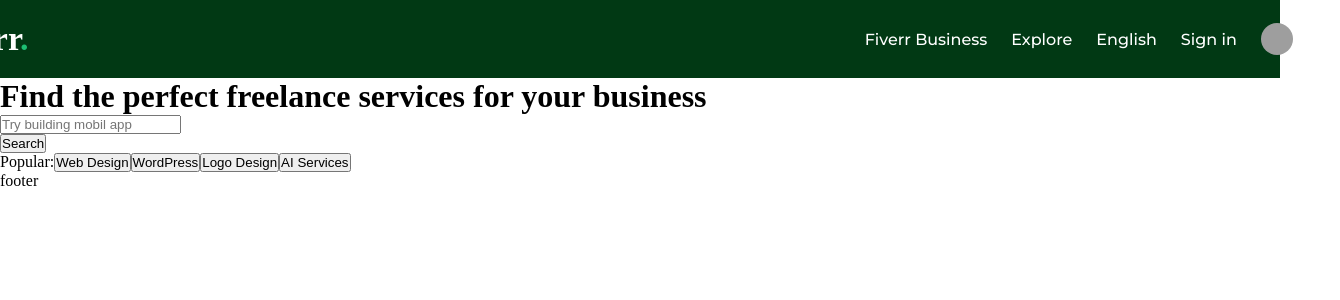
Repository: MoNasr2022/fiverr_clone_app
Page: /
An editor plug-in stored every save of this project. The page is shown before and after a run of saves, followed by the edit.
The browser window is 1280 px wide. The page is 1340 px wide, so the pictures cover 1340 px, including what lies to the right of the window. The pictures show the whole page.
Pictures or frames that could not be fetched are drawn as grey boxes. The project was rebuilt for these pictures with package versions that can differ from the ones it lists, and the page was loaded fresh each time. Also part of the build but not shown: vite.config.js, src/components/featured/Featured.scss, src/pages/gigs/Gigs.jsx, src/pages/gig/Gig.jsx, src/pages/orders/Orders.jsx, src/pages/myGigs/MyGigs.jsx, src/pages/add/Add.jsx, src/pages/messages/Messages.jsx and 1 more.

Above is the page before, as saved 2023-03-06 23:05:54.

### index.html
<!DOCTYPE html>
<html lang="en">
  <head>
    <meta charset="UTF-8" />
    <link rel="icon" type="image/svg+xml" href="/vite.svg" />
    <meta name="viewport" content="width=device-width, initial-scale=1.0" />
    <link rel="preconnect" href="https://fonts.googleapis.com">
    <link rel="preconnect" href="https://fonts.gstatic.com" crossorigin>
    <link
      href="https://fonts.googleapis.com/css2?family=Roboto:ital,wght@0,100;0,300;0,400;0,500;0,700;0,900;1,100;1,300;1,400;1,500;1,700;1,900&display=swap"
      rel="stylesheet">

    <link
      href="https://fonts.googleapis.com/css2?family=Montserrat:ital,wght@0,100;0,200;0,300;0,400;0,500;0,600;0,700;0,800;1,100;1,200;1,300;1,400;1,500;1,600;1,700;1,800;1,900&display=swap"
      rel="stylesheet">
      <style>
        * {
          margin: 0;
          padding: 0;
          box-sizing: border-box;

        }

      </style>
    <title>Vite + React</title>
  </head>
  <body>
    <div id="root"></div>
    <script type="module" src="/src/main.jsx"></script>
  </body>
</html>

### src/App.jsx
import React from "react";
import Navbar from "./components/navbar/NavBar";
import Footer from "./components/footer/Footer";
import Home from "./pages/home/Home";
import Gigs from "./pages/gigs/Gigs";
import Gig from "./pages/gig/Gig";
import Orders from "./pages/orders/Orders";
import MyGigs from "./pages/mygigs/MyGigs";
import Add from "./pages/add/Add";
import Messages from "./pages/messages/Messages";
import Message from "./pages/message/Message";
import { createBrowserRouter, RouterProvider, Outlet } from "react-router-dom";
import "./app.scss"



function App() {

  const Layout = () => {
    return (
      <>
        <Navbar />
        <Outlet />
        <Footer/>
      </>
    );
}

  const router = createBrowserRouter([
    {
      path: "/",
      element: <Layout />,
      children: [
        {
          path: "/",
          element: <Home/>,

        },
        {
          path: "/gigs",
          element: <Gigs/>,
        },
        {
          path: "/gig/:id",
          element: <Gig/>,
        },
        {
          path: "/orders",
          element: <Orders/>,
        },
        {
          path: "/mygigs",
          element: <MyGigs/>,
        },
        {
          path: "/add",
          element: <Add/>,
        },
        {
          path: "/messages",
          element: <Messages/>,
        },
        {
          path: "/message/:id",
          element: <Message/>,
        },

      ]
  },
]);

  return (
    <div className="App">
      <RouterProvider router={router} />
    </div>
  );
}

export default App;

### src/components/navbar/NavBar.jsx
import React, { useEffect, useState } from "react";
import { Link, useLocation } from "react-router-dom";
import "./Navbar.scss";

const Navbar = () => {
  const [active, setActive] = useState(false);
  const [option, setOption] = useState(false);

  const {pathname} = useLocation()

  const isActive = () => {
    window.scrollY > 0 ? setActive(true) : setActive(false);
  };
  useEffect(() => {
    window.addEventListener("scroll", isActive);
    return () => {
      window.removeEventListener("scroll", isActive);
    };
  }, []);

  const currentUser = {
    id: 1,
    username: "Nasr",
    isSeller: true,
  };

  return (
    <div className={active || pathname !== "/" ? "navbar active" : "navbar"}>
      <div className="container">
        <div className="logo">
          <Link to="/" className="link">
            <span className="text">fiverr</span>
          </Link>
          <span className="dot">.</span>
        </div>
        <div className="links">
          <span>Fiverr Business</span>
          <span>Explore</span>
          <span>English</span>
          <span>Sign in</span>
          {!currentUser?.isSeller && <span>Become a Seller</span>}
          {!currentUser && <button>Juin</button>}
          {currentUser && (
            <div className="user" onClick={() => setOption(!option)}>
              <img
                src="https://images.pexels.com/photos/13921662/pexels-photo-13921662.jpeg?auto=compress&cs=tinysrgb&w=1260&h=750&dpr=1"
                alt=""
              />
              <span>{currentUser?.username}</span>
              {option && (
                <div className="options">
                  {currentUser?.isSeller && (
                    <>
                      <Link className="link" to="/mygigs">
                        Gigs
                      </Link>
                      <Link className="link" to="/add">
                        Add New Gig
                      </Link>
                    </>
                  )}
                  <Link className="link" to="/orders">
                    Orders
                  </Link>
                  <Link className="link" to="/message">
                    Messages
                  </Link>
                  <Link className="link">Logout</Link>
                </div>
              )}
            </div>
          )}
        </div>
      </div>
      {active ||
        (pathname !== "/" && (
          <>
            <hr />
            <div className="menu">
              <Link className="link menuLink" to="/">
                Graphics & Design
              </Link>
              <Link className="link menuLink" to="/">
                Video & Animation
              </Link>
              <Link className="link menuLink" to="/">
                Writing & Translation
              </Link>
              <Link className="link menuLink" to="/">
                AI Services
              </Link>
              <Link className="link menuLink" to="/">
                Digital Marketing
              </Link>
              <Link className="link menuLink" to="/">
                Music & Audio
              </Link>
              <Link className="link menuLink" to="/">
                Programming & Tech
              </Link>
              <Link className="link menuLink" to="/">
                Business
              </Link>
              <Link className="link menuLink" to="/">
                Lifestyle
              </Link>
            </div>
          </>
        ))}
    </div>
  );
};

export default Navbar;

### src/components/footer/Footer.jsx
import React from 'react'
import "./Footer.scss"


const Footer = () => {
  return (
    <div>
      footer
    </div>
  )
}

export default Footer

### src/pages/home/Home.jsx
import React from "react";
import Featured from "../../components/featured/Featured";
import "./Home.scss";
const Home = () => {
  return <div>
    <Featured/>
  </div>;
};

export default Home;

### src/app.scss
*{
    .link {
        text-decoration: none;
        color: inherit
    }
}

### src/components/navbar/NavBar.scss
.navbar {
  display: flex;
  flex-direction: column;
  align-items: center;
  background-color: #013914;
  color: white;
  transition: 0.5s all ease;
  position: sticky;
  top: 0;
  z-index: 999;

  &.active {
    background-color: white;
    color: black;
  }

  .container {
    display: flex;
    justify-content: space-between;
    width: 1400px;
    padding: 20px 0px;

    .logo {
      font-size: 34px;
      font-weight: bold;
      .text {
      }
      .dot {
        color: #1dbf73;
      }
    }
    .links {
      display: flex;
      align-items: center;
      gap: 24px;
      font-weight: 500;
      font-family: "Montserrat", sans-serif;
      button {
        color: white;
        padding: 10px 20px;
        border-radius: 5px;
        border: 1px solid white;
        cursor: pointer;
        background-color: transparent;
        &:hover {
          background-color: #1dbf73;
          border-color: #1dbf73;
        }

      }
      .user {
        display: flex;
        align-items: center;
        gap: 10px;
        position: relative;
        cursor: pointer;
        img {
          width: 32px;
          height: 32px;
          border-radius: 50%;
          object-fit: cover;
        }
        .options {
          position: absolute;
          top: 50px;
          right: 0;
          padding: 20px;
          background-color: white;
          border-radius: 5px;
          box-shadow: 0px 0px 10px 0px rgba(0, 0, 0, 0.2);
          z-index: 999;
          display: flex;
          flex-direction: column;
          gap: 10px;
          color: gray;
          font-weight: 300;
          width: 200px;
        }

      }
    }
  }
  hr {
    width: 100%;
    height: 0;
    border: 0.5px solid rgb(187, 184, 184);
  }
  .menu {
    width: 1400px;
    padding: 10px 0px;
    display: flex;
    justify-content: space-between;
    font-weight: 300;
    color: gray;
    font-family: "Montserrat", sans-serif;


  }
}

### src/components/featured/Featured.jsx
import React from "react";
import "./Featured.scss";
const Featured = () => {
  return (
    <div className="featured">
      <div className="container">
        <div className="left">
          <h1>
            Find the perfect <span>freelance</span> services for your business
          </h1>
          <div className="search">
            <div className="searchInput">
              <img src="" alt="" />
              <input type="text" placeholder="Try building mobil app" />
            </div>
            <button>Search</button>
          </div>
          <div className="popular">
            <span>Popular:</span>
            <button>Web Design</button>
            <button>WordPress</button>
            <button>Logo Design</button>
            <button>AI Services</button>
          </div>
        </div>
        <div className="right"></div>
      </div>
    </div>
  );
};

export default Featured;

Loaded but not shown: src/main.jsx (common file); src/components/footer/Footer.scss (no stored copy; drawn as an empty file); src/pages/add/Add.scss (no stored copy; drawn as an empty file); src/pages/gig/Gig.scss (no stored copy; drawn as an empty file); src/pages/gigs/Gigs.scss (no stored copy; drawn as an empty file); src/pages/home/Home.scss (no stored copy; drawn as an empty file); src/pages/message/Message.scss (no stored copy; drawn as an empty file); src/pages/messages/Messages.scss (no stored copy; drawn as an empty file); src/pages/myGigs/MyGigs.scss (no stored copy; drawn as an empty file); src/pages/orders/Orders.scss (no stored copy; drawn as an empty file)

After the next 2 saves:
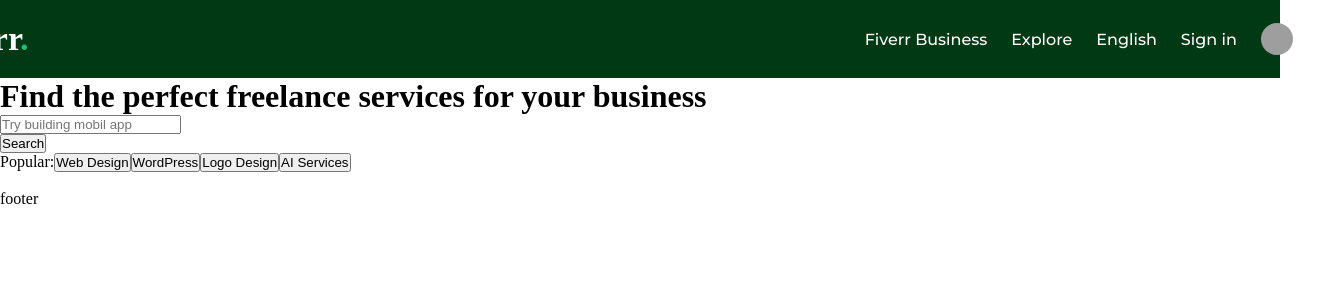
The 2 saves are shown as one change because they came seconds apart.
The last was saved 2 min 12 s later.
--- a/src/components/featured/Featured.jsx
+++ b/src/components/featured/Featured.jsx
@@ -23,7 +23,9 @@
             <button>AI Services</button>
           </div>
         </div>
-        <div className="right"></div>
+              <div className="right">
+            <img src="" alt="" />
+        </div>
       </div>
     </div>
   );
